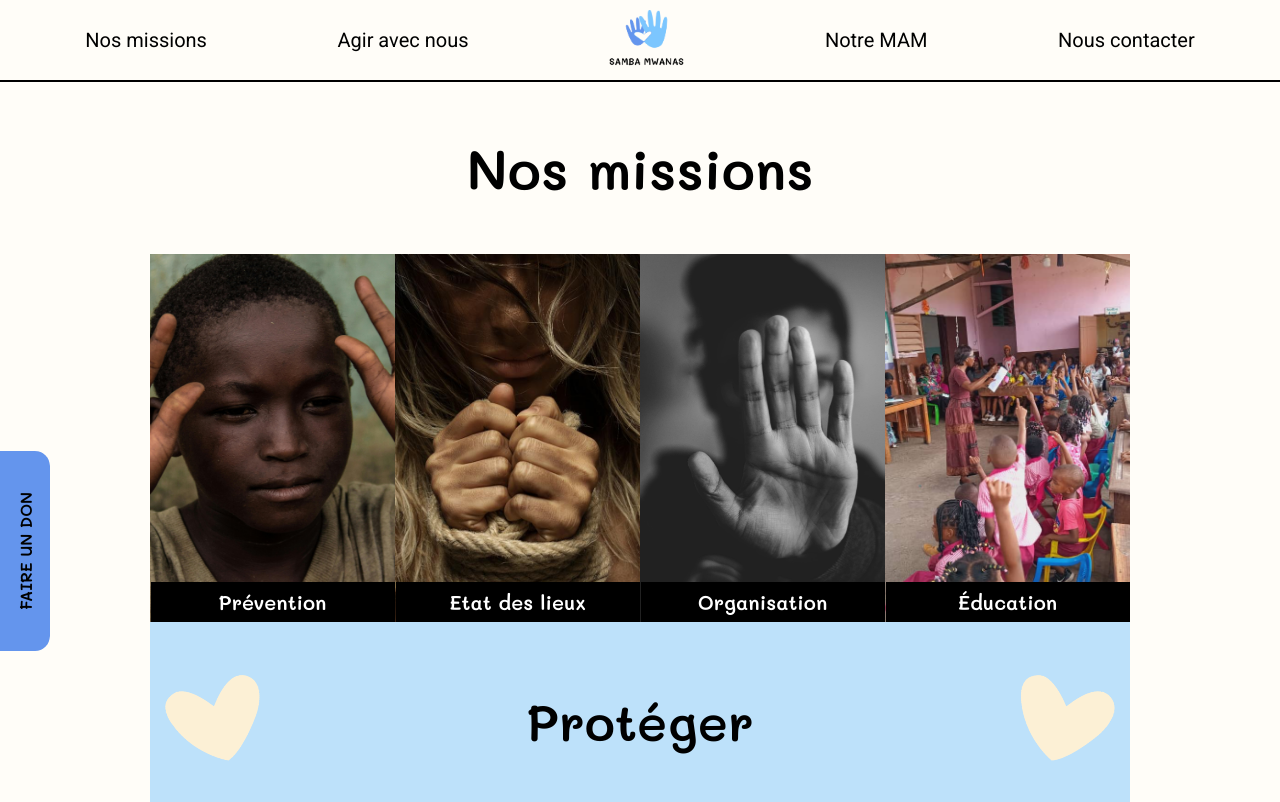
Repository: Danie-lDasilva/Samba-Mwanas
Page: Nos missions.html
An editor plug-in stored every save of this project. The page is shown before and after the next save, followed by the edit.
The browser window is 1280 px wide. The pictures show the part of the page from y = 0 to 802 px (the page is 1537 px tall).
A picture or video elsewhere on the page could not be fetched, so the positions and the page height are approximate.

Above is the page before, as saved 2025-03-07 10:17:42.

### Nos missions.html
<!DOCTYPE html>
<html lang="fr">
<head>
    <meta charset="UTF-8">
    <meta name="viewport" content="width=device-width, initial-scale=1.0">
    <title>Nos Missions</title>
    <link rel="preconnect" href="https://fonts.googleapis.com">
    <link rel="preconnect" href="https://fonts.gstatic.com" crossorigin>
    <link href="https://fonts.googleapis.com/css2?family=Mali:wght@600&family=Roboto:ital,wdth@0,75;1,75&display=swap" rel="stylesheet">

    <link rel="stylesheet" href="assets/css/Nos missions.css">
    <link rel="stylesheet" href="assets/css/style.css">
</head>
<body>
    <header>
        <nav>
            <ul>
                <li>
                    <a href="Nos missions.html">Nos missions</a>
                </li>
                <li>
                    <a href="Agir avec nous.html">Agir avec nous</a>
                </li>
                <li class="Logo">
                    <a href="index.html">
                        <img src="assets/img/Fichier 2.png" alt="Logo Samba Mwanas, retour à l'accueil">
                    </a>
                </li>
                <li>
                    <a href="Notre MAM.html">Notre MAM</a>
                </li>
                <li>
                    <a href="Nous contacter.html">Nous contacter</a>
                </li>
            </ul>
        </nav>
    </header>

    <main>
        <h1>
            Nos missions
        </h1>

        <div class="box1">
            <div class="image-container">
                <img src="assets/img/pexels-kingcyrusstudios-6863137.jpg" alt="Photo d'un enfant de couleur noir qui lève les mains">
                <div class="overlay">Prévention contre toutes formes de violences dirigées contre l'enfant et le jeune</div>
                <strong>
                    Prévention
                </strong>
            </div>
            <div class="image-container">
                <img src="assets/img/engin-akyurt-l1clu1ZKjSw-unsplash.jpg" alt="Photo d'une femme les points ligotés">
                <div class="overlay">Etat des lieux des abus et violences</div>
                <strong>
                    Etat des lieux
                </strong>
            </div>
            <div class="image-container">
                <img src="assets/img/nadine-e-DRzYMtae-vA-unsplash.jpg" alt="">
                <div class="overlay">Organisation de campagne de sensibilisation</div>
                <strong>
                    Organisation
                </strong>
            </div>
            <div class="image-container">
                <img src="assets/img/Leçon Enfantss.jpg" alt="Photo d'une dame qui fait une leçon aux enfants">
                <div class="overlay">Éducation préventive du jeune et de  l'enfant</div>
                <strong>
                    Éducation
                </strong>
            </div>
        </div>

        <div class="custom-box">
            <img src="assets/img/Fichier 3.png" alt="Illustration coeur beige" class="side-image side1">
            <h2 class="center-text">Protéger</h2>
            <img src="assets/img/Fichier 3.png" alt="Illustration coeur beige" class="side-image side2">
        </div>

        <div class="box2">
            <div class="image-container">
                <img src="assets/img/heping-EZ4dXMnhqkk-unsplash.jpg" alt="">
                <div class="overlay">Accompagnement médical et juridique des victimes </div>
                <strong>
                    Accompagnement
                </strong>
            </div>
            <div class="image-container">
                <img src="assets/img/muhammad-taha-ibrahim-FHe6qW0KX24-unsplash.jpg" alt="Photo en noir et blanc d'une enfant de couleur de peau noir">
                <div class="overlay">Suivi psychologique des victimes (consueling)</div>
                <strong>
                    Suivi
                </strong>
            </div>
            <div class="image-container">
                <img src="assets/img/nadine-e-DRzYMtae-vA-unsplash.jpg" alt="">
                <div class="overlay">Publication et plaidoyer auprès des organisations publiques et privées</div>
                <strong>
                    Publication
                </strong>
            </div>
            <div class="image-container">
                <img src="assets/img/jeffrey-riley-dsN1oZVba48-unsplash.jpg" alt="">
            </div>
        </div>

        <div id="Don" class="Don">
            <a href="https://www.helloasso.com/associations/association-samba-mwanas/formulaires/1">FAIRE UN DON</a>
        </div>
    </main>

    <footer>
        <div class="Footer">

        <div class="FooterInfos">
            <div class="Lien">
                <p class="titre">
                    Navigation
                </p>

                <nav class="InfoMarge">
                    <ul>
                        <li>
                            <a href="Nos missions.html">Nos missions</a>
                        </li>

                        <li>
                            <a href="Agir avec nous.html">Agir avec nous</a>
                        </li>

                        <li>
                            <a href="Notre MAM.html">Notre MAM</a>
                        </li>

                        <li>
                            <a href="Nous contacter.html">Nous contacter</a>
                        </li>
                    </ul>
                </nav>
            </div>

            <div class="Lien">
                <p class="titre">
                    Informations
                </p>

                <nav>
                    <ul>
                        <li>
                            <a href="Politique de confidentialité.html">Politique de confidentialité</a>
                        </li>

                        <li>
                            <a href="Plan du site.html">Plan du site</a>
                        </li>

                        <li>
                            <a href="Mentions légales.html">Mentions légales</a>
                        </li>
                    </ul>
                </nav>
            </div>
        </div>

        <div class="FooterCentre">
            <div class="FooterDon">
                <a href="https://www.helloasso.com/associations/association-samba-mwanas/formulaires/1">Faire un don</a>
            </div>

            <a href="index.html" class="FooterLogo">
                <img src="assets/img/LOGO_Logo principal.svg" alt="Logo Samba Mwanas, Retour à l'acceuil">
            </a>
        </div>

        <div class="FooterInfos">
            <nav class="FooterRéseaux">
                <ul>
                    <li>
                        <a href="https://www.facebook.com/Sambamwanas?locale=fr_FR">
                            <img src="assets/img/facebook.png" alt="Logo facebook, Lien vers le facebook de Samba Mwanas">
                        </a>
                    </li>

                    <li>
                        <a href="https://www.instagram.com/ongsambamwanas/">
                            <img src="assets/img/instagram.png" alt="Logo instagram, Lien vers la page instagram de Samba Mwanas">
                        </a>
                    </li>

                    <li>
                        <a href="https://www.tiktok.com/@ong.samba.mwanas">
                            <img src="assets/img/tik-tok.png" alt="Logo tiktok, Lien vers la page Tiktok de Samba Mwanas">
                        </a>
                    </li>
                </ul>
            </nav>

            <p>
                ong.sambamwanas@gmail.com
            </p>


            <div class="FooterContact">
                <div>
                    <img src="assets/img/france.png" alt="Drapeau de France" class="FooterDrapeau">
                </div>

                <div>
                    <p>
                        07 53 14 03 90
                    </p>

                    <p>
                        3 Rue de la Rosière, <br>
                        Bâtiment C, Appartement 9 <br>
                        33320 Eysines
                    </p>
                </div>
            </div>

            <div class="FooterContact">
                <div>
                    <img src="assets/img/gabon.png" alt="Drapeau du gabon" class="FooterDrapeau">
                </div>

                <div>
                    <p>
                        +241 07 56 07 59
                    </p>

                    <p>
                        Quartier PK12, BP 5704 Libreville, <br>
                        Gabon

                    </p>
                </div>
            </div>
        </div>

    </div>
    </footer>
</body>
</html>

### assets/css/Nos missions.css
main {
    padding-left: 150px;
    padding-right: 150px;
    margin-bottom: 80px;
}

h1 {
    font-family: "Mali", cursive;
    font-weight: 600;
    font-style: normal;
    font-size: 55px;
    text-align: center;
    margin-bottom: 50px;
    margin-top: 50px;
}

.box1, .box2 {
    display: flex;
    flex-wrap: nowrap;
    justify-content: space-between;
    margin-bottom: 0;
}

.image-container {
    position: relative;
    overflow: hidden;
    flex: 1;
}

.image-container img {
    width: 100%;
    height: 100%;
    display: block;
    object-fit: cover;
    transition: transform 0.3s ease;
}

.image-container .overlay {
    position: absolute;
    top: 0;
    left: 0;
    width: 100%;
    height: 100%;
    background-color: #a2bef1;
    opacity: 0;
    transition: opacity 0.3s ease;
    display: flex;
    justify-content: center;
    align-items: center;
    color: white;
    font-size: 1.5em;
    text-align: center;
    padding: 20px;
    box-sizing: border-box;
    font-family: "Roboto", sans-serif;
}

.image-container:hover img {
    transform: scale(1.1);
}

.image-container:hover .overlay {
    opacity: 1;
}

.box1 .image-container:hover strong,
.box2 .image-container:hover strong {
    display: none;
}

.box1 .image-container strong,
.box2 .image-container strong {
    position: absolute;
    bottom: 0;
    left: 50%;
    transform: translateX(-50%);
    color: white;
    background-color: rgba(0, 0, 0, 1);
    padding: 5px;
    margin: 0;
    width: calc(100% - 11px);
    height: 30px;
    display: flex;
    justify-content: center;
    align-items: center;
    font-family: "Mali", cursive;
    font-weight: 600;
    font-style: normal;
    font-size: 20px;
    text-align: center;
}

.custom-box {
    display: flex;
    align-items: center;
    justify-content: space-between;
    width: 100%;
    height: 200px;
    background-color: #BDE1FA;
    padding: 20px;
    box-sizing: border-box;
    margin-top: 0;
}

.side-image {
    height: 50%;
    width: auto;
}

.side1 {
    rotate: -15deg;
}

.side2 {
    rotate: 15deg;
}

.custom-box h2{
    font-size: 50px;
}

.center-text {
    flex: 1;
    text-align: center;
    margin: 0 20px;
}

/* Responsive */
@media (max-width: 1200px) {
    main {
        padding-left: 100px;
        padding-right: 100px;
    }
}

@media (max-width: 900px) {
    main {
        padding-left: 50px;
        padding-right: 50px;
    }
}

@media (max-width: 600px) {
    main {
        padding-left: 20px;
        padding-right: 20px;
    }
    .box1, .box2 {
        flex-wrap: wrap;
    }
    .image-container {
        flex: 0 0 100%;
        margin-bottom: 0;
        height: auto;
        padding-bottom: 75%;
    }
}

### assets/css/style.css
/* Header */
body {
    margin: 0;
    background-color: #FFFDF8;
    overflow-x: hidden;
}

header {
    height: 80px;
    display: flex;
    justify-content: space-between;
    align-items: center;
    border-bottom: 2px solid black;
    padding: 0 20px;
}

header ul {
    display: flex;
    width: 100%;
    justify-content: space-around;
    height: 100%;
    align-items: center;
    margin: 0;
    list-style: none;
    padding: 0;
}

header li {
    margin: 0 10px;
}

a {
    text-decoration: none;
    font-family: "Roboto", sans-serif;
    font-optical-sizing: auto;
    font-weight: 400;
    font-style: normal;
    font-variation-settings: "wdth" 75;
    color: black;
    font-size: 20px;
}

header a {
    text-decoration: none;
    font-family: "Roboto", sans-serif;
    font-optical-sizing: auto;
    font-weight: 400;
    font-style: normal;
    font-variation-settings: "wdth" 75;
    color: black;
    font-size: 20px;
    white-space: nowrap;
    position: relative;
    transition: color .3s ease;
    padding: 5px 10px;
}

header a:not(:has(img))::before {
    content: '';
    position: absolute;
    width: calc(100% + 10px);
    height: calc(100% + 10px);
    top: -5px;
    left: -5px;
    border-radius: 10px;
    border: 3px solid transparent;
    visibility: hidden;
    transform: scale(0);
    transition: all .3s ease-in-out;
    z-index: -1;
}

header a:not(:has(img))::after {
    content: '';
    position: absolute;
    width: calc(100% + 10px);
    height: calc(100% + 10px);
    top: -5px;
    left: -5px;
    border-radius: 10px;
    border: 3px solid transparent;
    visibility: hidden;
    z-index: 0;
}

header a:not(:has(img)):hover {
    color: #6495ED;
}

header a:not(:has(img)):hover::before,
header a:not(:has(img)):hover::after {
    visibility: visible;
    transform: scale(1);
}

header nav {
    display: flex;
    align-items: center;
    width: 100%;
}

.Logo {
    height: 60px;
    width: auto;
}

.Logo img {
    height: 100%;
    width: auto;
    overflow: hidden;
}

@media (max-width: 1024px) {
    a {
        font-size: 18px;
    }
}

/* Responsive adjustments */
@media (max-width: 768px) {
    header {
        height: auto;
        padding: 10px 20px;
    }

    header ul {
        flex-wrap: wrap;
        justify-content: space-between;
    }

    header li {
        margin: 0 5px;
    }

    a {
        font-size: 14px;
        padding: 5px 10px;
    }

    .Logo {
        height: 40px;
    }

    .Logo img {
        height: 100%;
        width: auto;
    }
}

/* Landing page */
.Landing {
    position: relative;
    height: calc(100vh - 80px);
    overflow: hidden;
    display: flex;
    justify-content: center;
    align-items: center;
    text-align: center;
}

.Landing::before {
    content: "";
    position: absolute;
    top: 0;
    left: 0;
    width: 100%;
    height: 100%;
    background-color: rgba(0, 0, 0, 0.5); /* Fond noir avec opacité */
    z-index: 1;
}

.Landing picture,
.Landing img {
    position: absolute;
    top: 0;
    left: 0;
    width: 100%;
    height: 100%;
    object-fit: cover;
    z-index: 0;
}

.Landing h1 {
    position: relative;
    color: white;
    z-index: 2; /* Assurez-vous que le texte est au-dessus du fond noir */
    padding: 20px;
    border-radius: 10px;
    font-family: "Mali", cursive;
    font-weight: 600;
    font-style: normal;
    font-size: 4em;
    line-height: 1.2;
}

.Landing h1 span {
    font-size: 0.5em;
    line-height: 1.2;
}

@media (max-width: 768px) {
    .Landing h1 {
        font-size: 1.5em;
        line-height: 1.2;
    }

    .Landing h1 span {
        font-size: 0.9em;
        line-height: 1.2;
    }
}

/* Infos */
.Infos p {
    margin-bottom: 0;
}

h2 {
    font-family: "Mali", cursive;
    font-weight: 600;
    font-style: normal;
    margin-top: 0;
}

.Infos article {
    padding-left: 150px;
    padding-right: 150px;
}

.Texte {
    width: 60%;
    font-family: "Roboto", sans-serif;
}

.Illu {
    width: 30%;
}

.Illustrations {
    width: 100%;
    height: auto;
    overflow: hidden;
}

.Illustrations img {
    width: 90%;
    height: auto;
}

/* Qui sommes nous? */
.Art1 {
    background-color: rgb(124 198 254 / 50%);
    height: auto;
    min-height: 350px;
    padding-top: 20px;
    padding-bottom: 20px;
    display: flex;
    justify-content: space-between;
    align-items: center;
}

.ArtCoeur1 {
    width: 60px;
    rotate: 10deg;
    height: auto;
    position: relative;
    left: 95%;
}

.ArtCoeur1 img {
    width: 100%;
    height: auto;
}

/* Notre histoire */
.Art2 {
    padding-top: 20px;
    padding-bottom: 20px;
    height: auto;
    min-height: 350px;
    display: flex;
    justify-content: space-between;
    align-items: center;
}

.Illu {
    display: flex;
    flex-direction: column;
}

.ArtCoeur2 {
    width: 20%;
}

.ArtCoeur2 img {
    width: 74px;
    height: auto;
}

.Livre {
    position: relative;
    left: 15%;
}

/* Nos Missions */
.Art3 {
    background-color: rgb(162 190 241);
    padding-bottom: 20px;
    padding-top: 20px;
    height: auto;
    min-height: 350px;
    display: flex;
    justify-content: space-between;
    align-items: center;
}

.HR1 {
    width: 40%;
    height: 3px;
    border: none;
    margin-top: 20px;
    background-color: rgb(124 198 254 / 50%);
}

.HR2 {
    width: 40%;
    height: 3px;
    border: none;
    margin-bottom: 20px;
    background-color: rgb(162 190 241);
}

/* Faire un don */
.Don {
    background-color: #6495ED;
    width: 200px;
    height: 50px;
    justify-content: center;
    border-radius: 0 0 15px 15px;
    display: flex;
    align-items: center;
    position: fixed;
    bottom: 20%;
    left: 0;
    z-index: 5;
    transform: rotate(270deg) translateY(-75px);
    transition: all .3s ease;
}

.Don a {
    display: flex;
    justify-content: center;
    align-items: center;
    width: 100%;
    height: 100%;
    color: black;
    text-decoration: none;
    font-family: "Mali", cursive;
    font-weight: 600;
    font-size: 16px;
}

.Don:hover {
    height: 80px;
    background-color: #0056b3;
    box-shadow: 0 5px 8px rgba(0, 0, 0, .4);
    transform: rotate(270deg) translateY(-60px) translateX(-15px);
}

.Don:hover a {
    color: white;
}

/* Notre équipe */
.NotreEquipe {
    display: flex;
    justify-content: center;
    align-items: center;
    flex-direction: column;
    margin-top: 50px;
}

.NotreEquipe h2 {
    font-size: 40px;
    margin-bottom: 20px;
}

.Ligne {
    display: flex;
    flex-wrap: wrap;
    justify-content: space-between;
    padding-left: 150px;
    padding-right: 150px;
    margin-bottom: 50px;
}

.Photo {
    width: 200px;
    height: 200px;
    border-radius: 50%;
    overflow: hidden;
    display: flex;
    align-items: center;
    justify-content: center;
    margin-bottom: 15px;
}

.Photo img {
    width: 100%;
    height: auto;
}

.Personne {
    display: flex;
    flex-direction: column;
    align-items: center;
    margin-bottom: 70px;
    width: 23%;
}

.Personne strong {
    font-family: "Mali", cursive;
    font-weight: 600;
    font-style: normal;
    font-size: 20px;
    margin-bottom: 10px;
}

.Personne p {
    font-family: "Roboto", sans-serif;
    font-optical-sizing: auto;
    font-weight: 400;
    font-style: normal;
    font-variation-settings: "wdth" 75;
    margin-top: 10px;
    margin-bottom: 10px;
}

/* Footer */
footer {
    border-top: 2px solid black;
}

footer p {
    font-family: "Roboto", sans-serif;
    font-optical-sizing: auto;
    font-weight: 400;
    font-style: normal;
    font-variation-settings: "wdth" 75;
    font-size: 15px;
}

.Footer {
    display: flex;
    justify-content: space-between;
    margin-left: 150px;
    margin-right: 150px;
    margin-top: 50px;
}

.FooterCentre {
    width: 50%;
    height: 100%;
    display: flex;
    flex-direction: column;
    align-items: center;
}

.FooterInfos {
    width: 20%;
    height: auto;
}

.Lien li {
    list-style: none;
    margin-bottom: 10px;
}

.InfoMarge {
    margin-bottom: 100px;
}

.Lien ul {
    padding-left: 0;
}

.Lien a {
    text-decoration: none;
    font-family: "Roboto", sans-serif;
    font-optical-sizing: auto;
    font-weight: 400;
    font-style: normal;
    font-size: 15px;
    font-variation-settings: "wdth" 75;
    color: black;
}

.titre {
    font-family: "Mali", cursive;
    font-weight: 600;
    font-style: normal;
    margin-top: 0;
}

.FooterDon {
    display: flex;
    justify-content: center;
    align-items: center;
    height: 70px;
    width: 100%;
}

.FooterDon a {
    font-family: "Mali", cursive;
    font-weight: 600;
    font-style: normal;
    justify-content: center;
    display: flex;
    align-items: center;
    height: 100%;
    width: 100%;
    background-color: #A2BEF0;
}

.FooterDon:hover {
    box-shadow: 0 5px 8px rgba(0, 0, 0, .4);
}

.FooterDon:hover a {
    color: white;
    background-color: #0056b3;
}

.FooterLogo {
    height: auto;
    width: 55%;
}

.FooterDrapeau {
    height: 30px;
    width: auto;
    padding-top: 10px;
}

.FooterContact {
    display: flex;
    align-items: center;
}

.FooterContact p {
    margin-left: 10px;
}

.FooterRéseaux {
    margin-bottom: 60px;
}

.FooterRéseaux img {
    width: 50px;
    height: auto;
}

.FooterRéseaux ul {
    display: flex;
    width: 100%;
    padding-left: 0;
    margin-top: 0;
    justify-content: space-between;
}

.FooterRéseaux li {
    width: 25%;
    height: auto;
    overflow: hidden;
}

/* Responsive adjustments */
@media (max-width: 1024px) {
    header ul {
        flex-direction: row;
        flex-wrap: wrap;
        height: auto;
    }

    header li {
        width: auto;
        justify-content: flex-start;
        padding: 10px 0;
    }

    header nav {
        width: auto;
    }

    .Infos article {
        padding-left: 50px;
        padding-right: 50px;
    }

    .Ligne {
        padding-left: 50px;
        padding-right: 50px;
    }

    .Photo {
        width: 150px;
        height: 150px;
    }

    .Personne {
        margin-bottom: 50px;
    }

    .Footer {
        flex-direction: column;
        margin-left: 50px;
        margin-right: 50px;
    }

    .FooterCentre,
    .FooterInfos {
        width: 100%;
    }

    .FooterDon {
        height: 50px;
    }
}

@media (max-width: 768px) {
    header {
        height: auto;
        padding: 10px 20px;
    }

    header ul {
        flex-wrap: wrap;
        justify-content: space-between;
    }

    header li {
        margin: 0 5px;
    }

    a {
        font-size: 14px;
        padding: 5px 10px;
    }

    .Logo {
        height: 40px;
    }

    .Logo img {
        height: 100%;
        width: auto;
    }

    .Landing h1 {
        font-size: 1.5em;
        line-height: 1.2;
    }

    .Landing h1 span {
        font-size: .9em;
        line-height: 1.2;
    }

    .Infos article {
        padding-left: 20px;
        padding-right: 20px;
    }

    .Ligne {
        padding-left: 20px;
        padding-right: 20px;
    }

    .Personne {
        width: 48%;
        margin-bottom: 30px;
    }

    .Photo {
        width: 120px;
        height: 120px;
    }

    .Footer {
        flex-direction: column;
        margin-left: 20px;
        margin-right: 20px;
    }

    .FooterInfos:first-of-type {
        width: 100%;
        display: flex;
        justify-content: space-around;
    }

    .FooterDon {
        height: 40px;
    }

    h1 {
        font-size: 2em;
    }

    h2 {
        font-size: 1.5em;
    }

    h3 {
        font-size: 1.2em;
    }

    p,
    a {
        font-size: .9em;
    }

    .ArtCoeur1 {
        position: static;
        margin: 0 60%;
        transform: rotate(0deg);
    }

    .FooterRéseaux ul {
        justify-content: space-around;
        margin-left: 100px;
        margin-right: 100px;
    }

    .FooterRéseaux li {
        display: flex;
        justify-content: center;
    }

    .FooterRéseaux img {
        width: 30px;
        height: auto;
    }

    .FooterContact {
        flex-direction: column;
        align-items: center;
        margin-top: 20px;
    }

    .FooterContact p {
        margin: 10px 0;
    }

    .FooterCentre {
        flex-direction: column;
        justify-content: center;
    }

    .FooterInfos:not(:first-of-type) {
        flex-direction: column;
        justify-content: center;
    }

    .Footer {
        display: flex;
        flex-direction: column;
        align-items: center;
    }

    .FooterRéseaux,
    .FooterContact,
    .FooterInfos:not(:first-of-type) {
        width: 100%;
        display: flex;
        justify-content: center;
        align-items: center;
    }

    .FooterContact p {
        margin: 10px 0;
    }
}

After the next save:
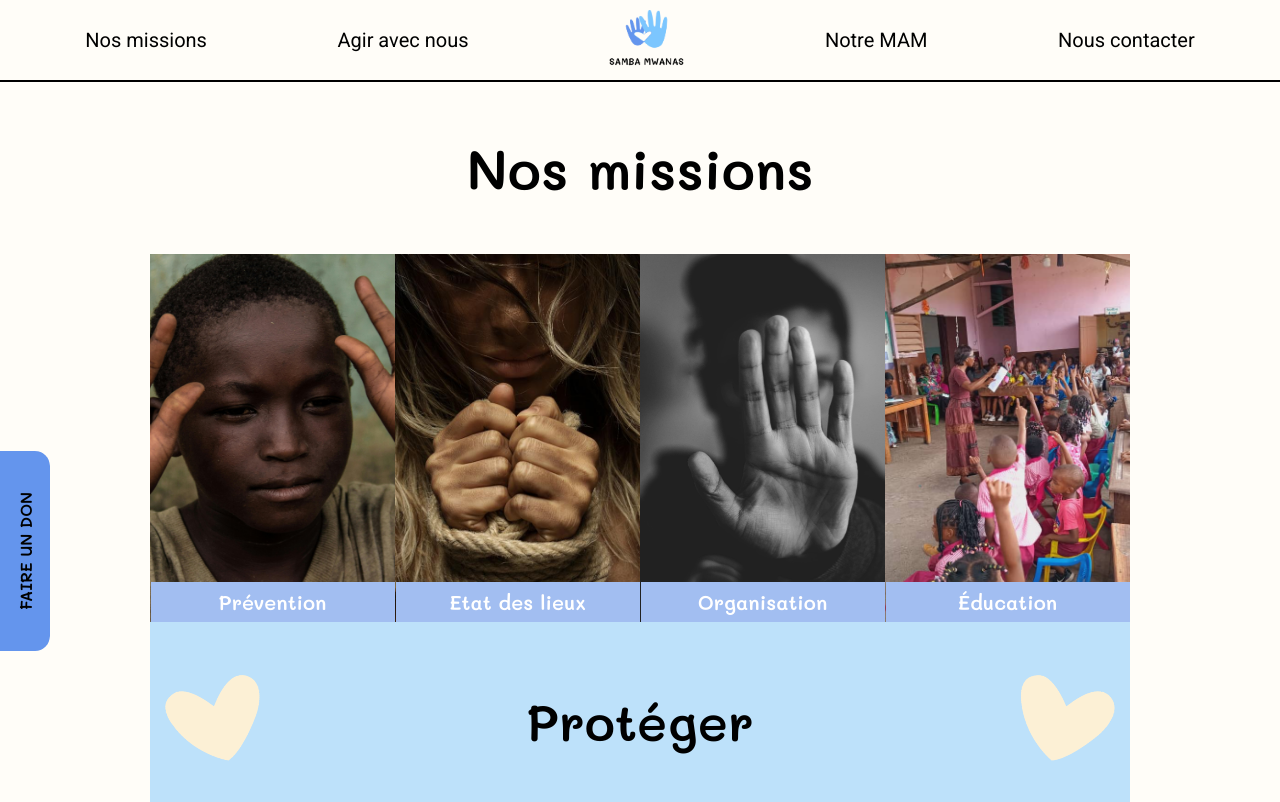
Saved 6 s later.
--- a/assets/css/Nos missions.css
+++ b/assets/css/Nos missions.css
@@ -41,7 +41,7 @@
     left: 0;
     width: 100%;
     height: 100%;
-    background-color: #a2bef1;
+    background-color: rgba(0, 0, 0, 0.5);
     opacity: 0;
     transition: opacity 0.3s ease;
     display: flex;
@@ -75,7 +75,7 @@
     left: 50%;
     transform: translateX(-50%);
     color: white;
-    background-color: rgba(0, 0, 0, 1);
+    background-color: #a2bef1;
     padding: 5px;
     margin: 0;
     width: calc(100% - 11px);
